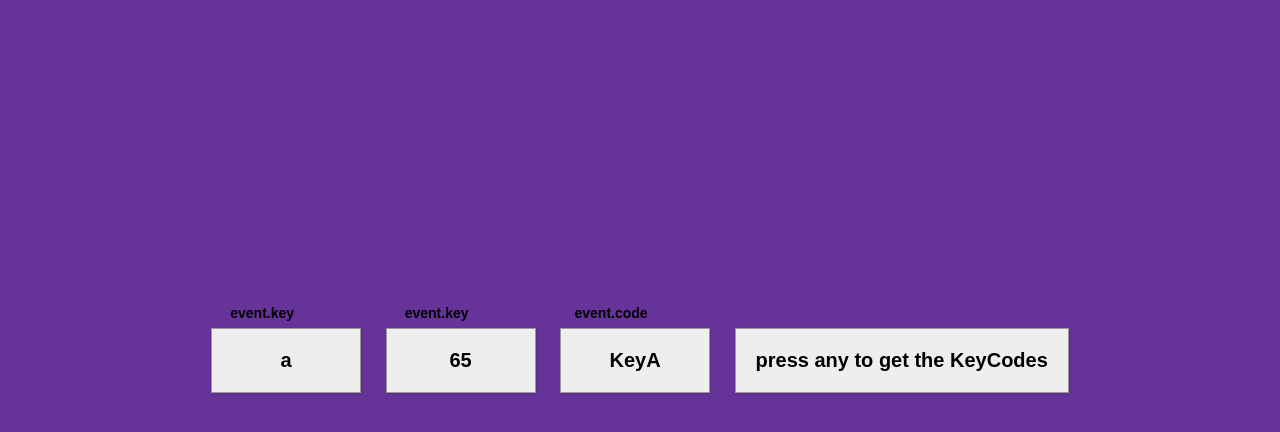
Repository: ElideZavala/Generator-Key
Page: index.html
The author's editor kept a copy of each file at every save. The page is drawn from the files as they stood at one save, then again after the next save.
The browser window is 1280 px wide. The pictures show the whole page.
Some web fonts or font styles are not loaded; a fallback is used.

Above is the page before, as saved 2021-06-07 15:34:54.

After the next save:
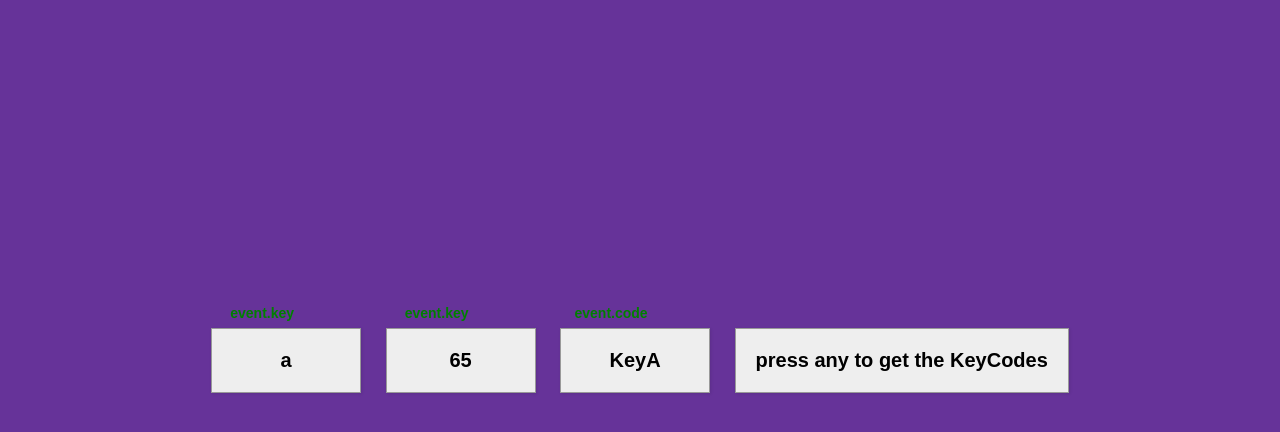
Saved 11 s later.
--- a/style.css
+++ b/style.css
@@ -39,6 +39,6 @@
 	left: 0;
 	text-align: center;
 	width: 100px;
-	color: black;
+	color: green;
 	font-size: 14px;
 }

After the save that followed:
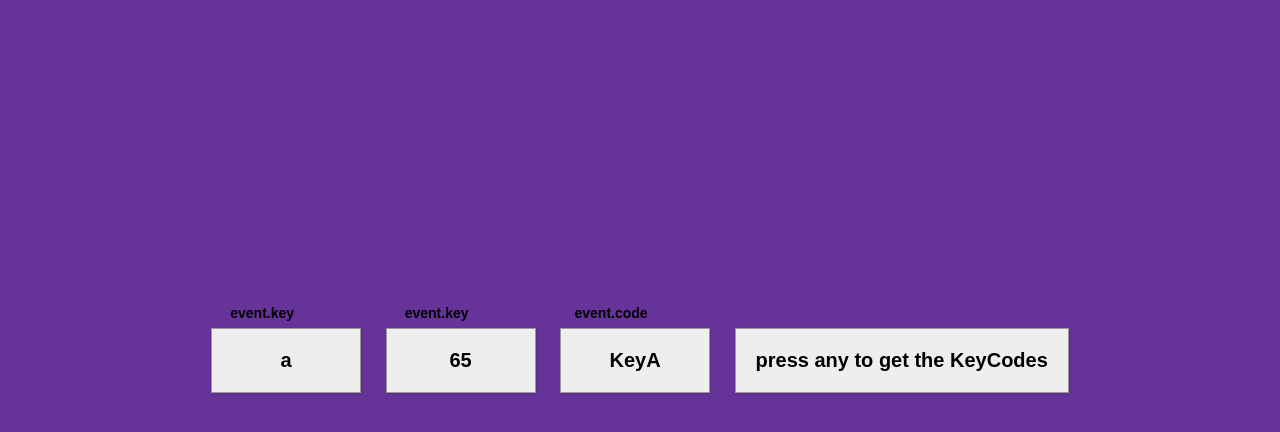
Saved 11 s later.
--- a/style.css
+++ b/style.css
@@ -39,6 +39,5 @@
 	left: 0;
 	text-align: center;
 	width: 100px;
-	color: green;
 	font-size: 14px;
 }
